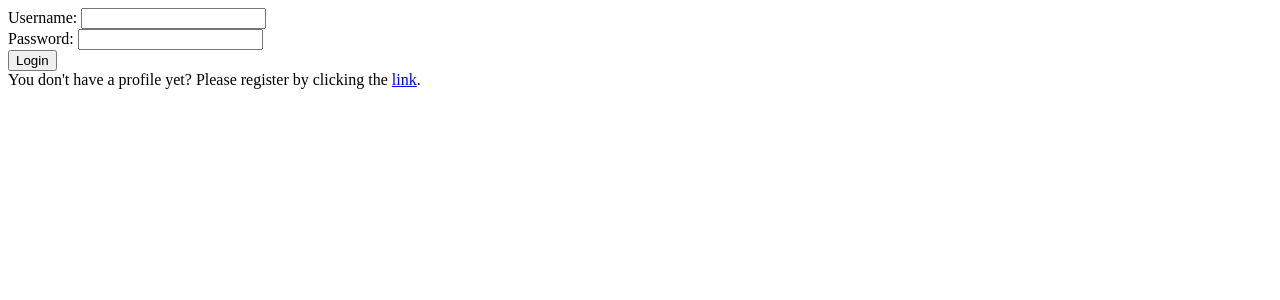
Repository: DzevoX/RZK_Planner
Page: http://localhost/PlanerWEB/
An editor plug-in stored every save of this project. The page is shown before and after the next save, followed by the edit.
The browser window is 1280 px wide. The pictures show the whole page.
The page is served by Tomcat 9. Nobody is signed in. The application's start-up code is not run. Other server files are loaded and not shown.

Above is the page before, as saved 2022-11-28 23:38:26.

### PlanerWEB/src/main/webapp/index.jsp
<%@ page language="java" contentType="text/html; charset=ISO-8859-1"
    pageEncoding="ISO-8859-1"%>
<!DOCTYPE html>
<html>
<head>
<meta charset="ISO-8859-1">
<title>Login</title>
</head>
<body>
	<form action="/PlanerWEB/LoginServlet" method="post">
		Username: <input type="text" name="username" id="username"><br>
		Password: <input type="password" name="password" id="password"><br>
		<input type="submit" value="Login"><br>
	</form>
	You don't have a profile yet? Please register by clicking the <a href="/PlanerWEB/register.jsp">link</a>.
</body>
</html>

After the next save:
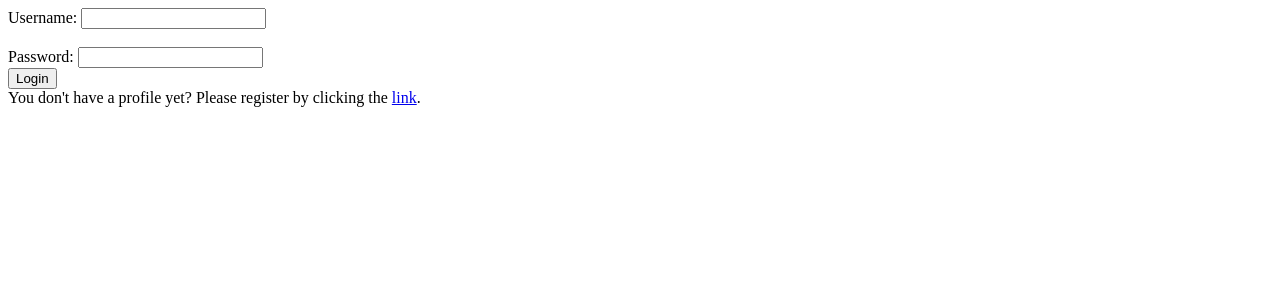
Saved 8 s later.
--- a/PlanerWEB/src/main/webapp/index.jsp
+++ b/PlanerWEB/src/main/webapp/index.jsp
@@ -8,7 +8,7 @@
 </head>
 <body>
 	<form action="/PlanerWEB/LoginServlet" method="post">
-		Username: <input type="text" name="username" id="username"><br>
+		Username: <input type="text" name="username" id="username"><br><br>
 		Password: <input type="password" name="password" id="password"><br>
 		<input type="submit" value="Login"><br>
 	</form>
